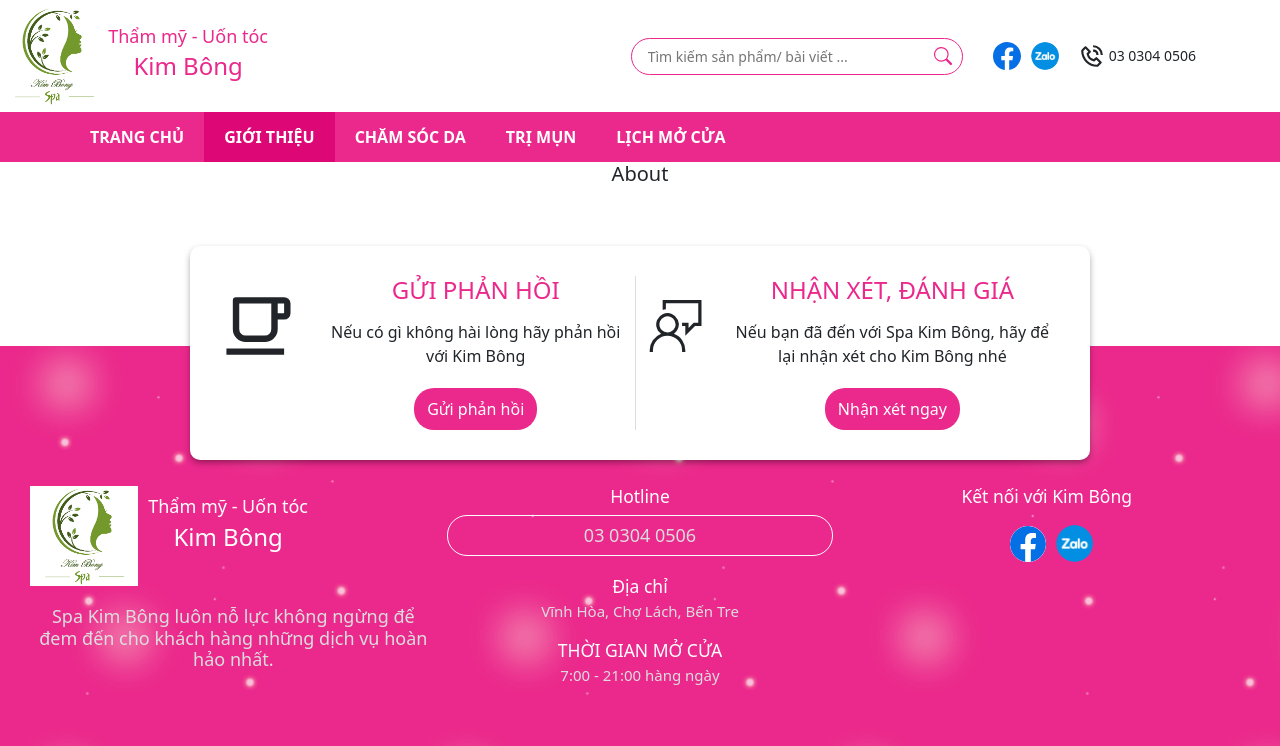
Repository: tranduykhuong/SpaKimBong
Page: /about
An editor plug-in stored every save of this project. The page is shown before and after the next save, followed by the edit.
The browser window is 1280 px wide. The pictures show the whole page.
The project was rebuilt for these pictures with package versions that can differ from the ones it lists, and the page was loaded fresh each time. Also part of the build but not shown: src/components/Header/Slider/slider.scss, src/components/Header/Slider/Slider.js, src/components/Header/ListImage/listImage.scss, src/components/Header/ListImage/ListImage.js, src/pages/Home/home.scss, src/pages/Home/ListImage/listImage.scss, src/pages/Home/ListImage/ListImage.js, src/pages/Home/BookOnline/bookOnl.scss and 7 more.

Above is the page before, as saved 2022-05-31 23:52:09.

After the next save:
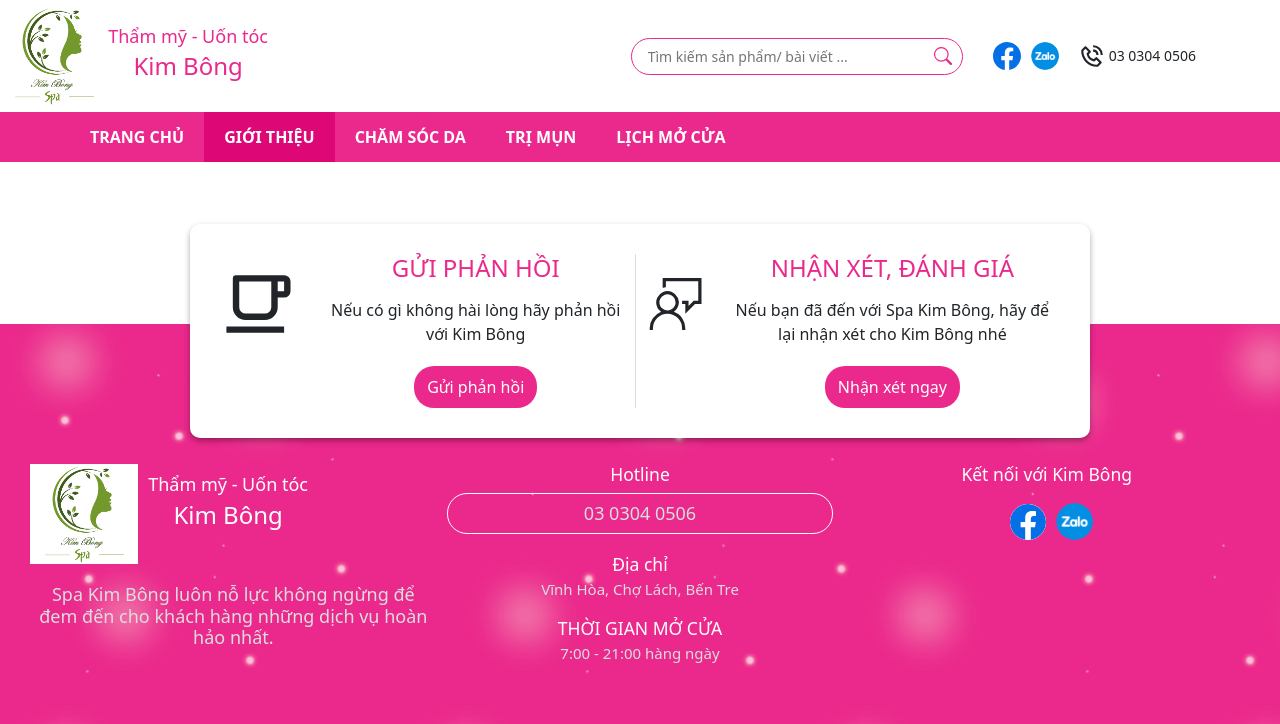
Saved 5 min 12 s later.
--- a/src/pages/About/About.js
+++ b/src/pages/About/About.js
@@ -5,8 +5,9 @@ import Footer from './../../components/Footer/Footer';
 const About = () => {
   return (
     <div>
-      <h2>About</h2>
-
+      <div className="container-image">
+        <img width="100%" height></img>
+      </div>
       <Footer/>
     </div>
   );
